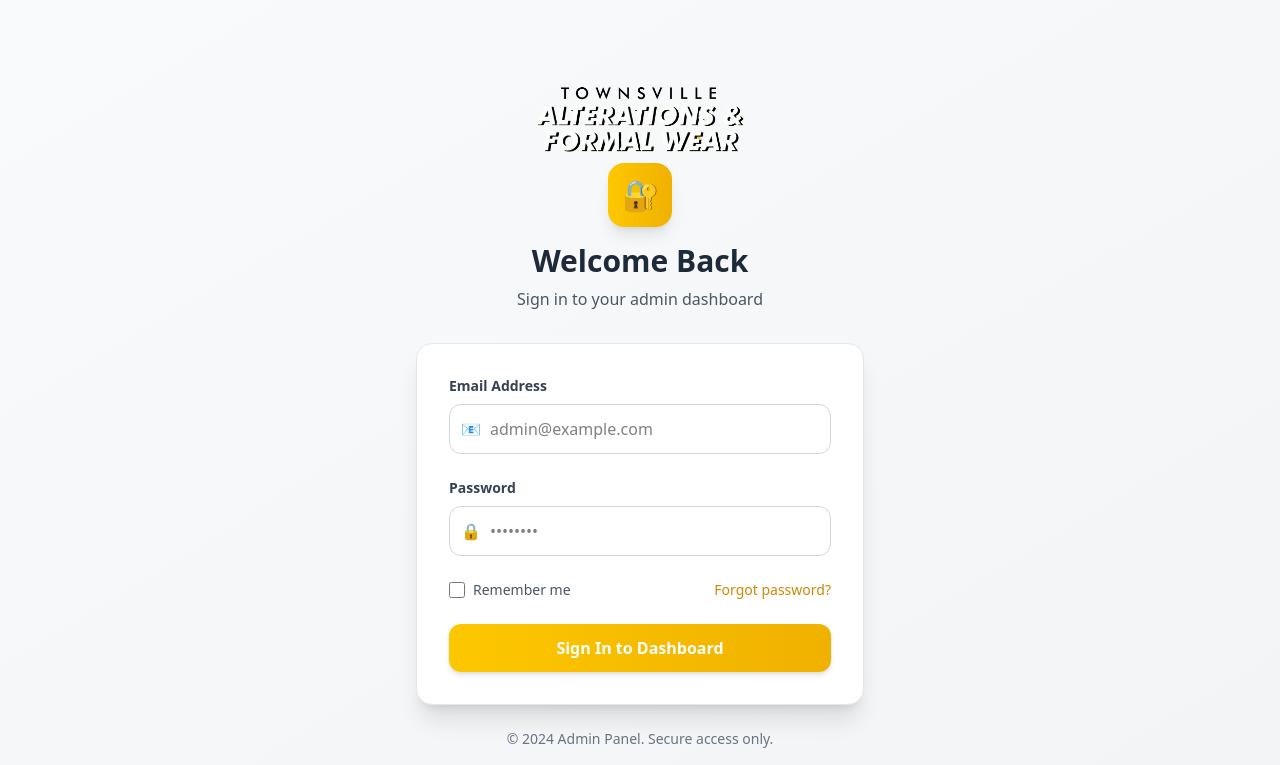
Repository: tarekhasan1/townsville-alteration
Page: /admin-dashboard
These files come from the project's save history. The page is drawn as it stood at one moment and after the next save; the edit follows.
The browser window is 1280 px wide. The pictures show the whole page.
The page's requests for data from a server got no answer. The project was rebuilt for these pictures with package versions that can differ from the ones it lists, and the page was loaded fresh each time. The framework's server and built-in components were replaced by stand-ins that run in the browser. No one was signed in, and anything a server would have sent is missing. Also part of the build but not shown: next.config.ts, src/components/Navbar.tsx, src/components/ContactSection.tsx, src/components/DevelopedBy.tsx, src/app/admin-dashboard/Sidebar.tsx, src/app/admin-dashboard/DashboardHeader.tsx, src/app/admin-dashboard/UploadSection.tsx, src/app/admin-dashboard/ImageGrid.tsx and 2 more.

Above is the page before, as saved 2026-01-21 05:08:38.

### src/app/layout.tsx
// app/layout.tsx
import type { Metadata } from "next";
import { Geist, Geist_Mono } from "next/font/google";
import "./globals.css";
import Navbar from "@/components/Navbar";
import ContactSection from "@/components/ContactSection";
import DevelopedBy from "@/components/DevelopedBy";
import { headers } from "next/headers";
import LayoutShell from "@/components/LayoutShell";

const geistSans = Geist({
  variable: "--font-geist-sans",
  subsets: ["latin"],
});

const geistMono = Geist_Mono({
  variable: "--font-geist-mono",
  subsets: ["latin"],
});

export const metadata: Metadata = {
  title: "Townsville Alterations and Formal Wear | Tailoring, Suit Hire, Alterations",
  description: "Townsville Alterations and Formal Wear - Reinvent Your Wardrobe. Hire or tailor-make outfits that turn heads. Expert suit hire, bridal alterations, and tailoring in Townsville.",
  keywords: "Townsville Tailoring, Formal Wear Townsville, Suit Hire, Alterations, Wedding Dress Alterations, Custom Tailoring",
  authors: [{ name: "Townsville Alterations & Formal Wear" }],
  creator: "Townsville Alterations & Formal Wear",
  publisher: "Townsville Alterations & Formal Wear",
  robots: "index, follow",
  icons: "/logo.png",
};

export default function RootLayout({ children }: { children: React.ReactNode }) {
  return (
    <html lang="en">
      <body>
        <LayoutShell>{children}</LayoutShell>
      </body>
    </html>
  );
}

### src/app/admin-dashboard/page.tsx
// app/admin/page.tsx
'use client';

import { useState, useEffect } from 'react';
import AdminLogin from './AdminLogin';
import AdminDashboard from './AdminDashboard';

export default function AdminPage() {
  const [isLoggedIn, setIsLoggedIn] = useState(false);
  const [loading, setLoading] = useState(true);

  useEffect(() => {
    const isAuth = localStorage.getItem('admin-authenticated');
    if (isAuth === 'true') {
      setIsLoggedIn(true);
    }
    setLoading(false);
  }, []);

  const handleLoginSuccess = () => {
    setIsLoggedIn(true);
    localStorage.setItem('admin-authenticated', 'true');
  };

  if (loading) {
    return (
      <div className="min-h-screen flex items-center justify-center bg-gradient-to-br from-gray-50 to-gray-100">
        <div className="text-center">
          <div className="animate-spin rounded-full h-12 w-12 border-b-2 border-yellow-500 mx-auto mb-4"></div>
          <p className="text-gray-600">Checking authentication...</p>
        </div>
      </div>
    );
  }

  if (!isLoggedIn) {
    return <AdminLogin onLoginSuccess={handleLoginSuccess} />;
  }

  return <AdminDashboard />;
}

### src/app/globals.css
@import "tailwindcss";

:root {
  --background: #ffffff;
  --foreground: #171717;
}

### src/components/LayoutShell.tsx
// components/LayoutShell.tsx
'use client';

import { usePathname } from 'next/navigation';
import Navbar from '@/components/Navbar';
import ContactSection from '@/components/ContactSection';
import DevelopedBy from '@/components/DevelopedBy';

export default function LayoutShell({ children }: { children: React.ReactNode }) {
  const pathname = usePathname();
  const isAdminRoute = pathname.startsWith('/admin');

  return (
    <>
      {!isAdminRoute && <Navbar />}
      {children}
      {!isAdminRoute && (
        <>
          <ContactSection />
          <DevelopedBy />
        </>
      )}
    </>
  );
}

### src/app/admin-dashboard/AdminLogin.tsx
// AdminLogin.tsx - Updated design
'use client';

import { useState, useEffect } from 'react';
import { authAdmin } from '../../../actions/admin.action';
import Image from 'next/image';

export default function AdminLogin({ onLoginSuccess }: { onLoginSuccess: () => void }) {
  const [email, setEmail] = useState('');
  const [password, setPassword] = useState('');
  const [loading, setLoading] = useState(false);
  const [rememberMe, setRememberMe] = useState(false);

  useEffect(() => {
    const savedEmail = localStorage.getItem('admin-email');
    const savedRemember = localStorage.getItem('admin-remember');
    if (savedEmail && savedRemember === 'true') {
      setEmail(savedEmail);
      setRememberMe(true);
    }
  }, []);

  const handleLogin = async () => {
    if (!email || !password) {
      alert('Please enter both email and password');
      return;
    }

    setLoading(true);
    try {
      const isAuthenticated = await authAdmin(email, password);

      if (isAuthenticated) {
        if (rememberMe) {
          localStorage.setItem('admin-email', email);
          localStorage.setItem('admin-remember', 'true');
        } else {
          localStorage.removeItem('admin-email');
          localStorage.removeItem('admin-remember');
        }
        onLoginSuccess();
      } else {
        alert('Invalid credentials');
      }
    } catch (error) {
      console.error('Login error:', error);
      alert('Login failed. Please try again.');
    } finally {
      setLoading(false);
    }
  };

  const handleKeyPress = (e: React.KeyboardEvent) => {
    if (e.key === 'Enter') {
      handleLogin();
    }
  };

  return (
    <div className="min-h-screen pt-[80px] flex items-center justify-center bg-gradient-to-br from-gray-50 to-gray-100 p-4">
      <div className="w-full max-w-md">
        <div className='flex flex-col items-center justify-center'>
                          <Image src="/logo.png" alt="Logo" width={220} height={80} className="mb-2" />
                      </div>
        <div className="text-center mb-8">
          <div className="inline-flex items-center justify-center w-16 h-16 rounded-2xl bg-gradient-to-r from-yellow-400 to-yellow-500 mb-4 shadow-lg">
            <span className="text-3xl">🔐</span>
          </div>
          <h1 className="text-3xl font-bold text-gray-800">Welcome Back</h1>
          <p className="text-gray-600 mt-2">Sign in to your admin dashboard</p>
        </div>

        <div className="bg-white rounded-2xl shadow-xl p-8 border border-gray-200">
          <div className="space-y-6">
            <div>
              <label className="block text-sm font-semibold text-gray-700 mb-2">
                Email Address
              </label>
              <div className="relative">
                <div className="absolute inset-y-0 left-0 pl-3 flex items-center pointer-events-none">
                  <span className="text-gray-400">📧</span>
                </div>
                <input
                  type="email"
                  placeholder="admin@example.com"
                  className="w-full pl-10 pr-4 py-3 border border-gray-300 rounded-xl focus:ring-2 focus:ring-yellow-400 focus:border-transparent transition outline-none"
                  value={email}
                  onChange={(e) => setEmail(e.target.value)}
                  onKeyPress={handleKeyPress}
                  disabled={loading}
                />
              </div>
            </div>

            <div>
              <label className="block text-sm font-semibold text-gray-700 mb-2">
                Password
              </label>
              <div className="relative">
                <div className="absolute inset-y-0 left-0 pl-3 flex items-center pointer-events-none">
                  <span className="text-gray-400">🔒</span>
                </div>
                <input
                  type="password"
                  placeholder="••••••••"
                  className="w-full pl-10 pr-4 py-3 border border-gray-300 rounded-xl focus:ring-2 focus:ring-yellow-400 focus:border-transparent transition outline-none"
                  value={password}
                  onChange={(e) => setPassword(e.target.value)}
                  onKeyPress={handleKeyPress}
                  disabled={loading}
                />
              </div>
            </div>

            <div className="flex items-center justify-between">
              <label className="flex items-center">
                <input
                  type="checkbox"
                  checked={rememberMe}
                  onChange={(e) => setRememberMe(e.target.checked)}
                  className="w-4 h-4 text-yellow-500 rounded focus:ring-yellow-400 border-gray-300"
                />
                <span className="ml-2 text-sm text-gray-600">Remember me</span>
              </label>
              <button className="text-sm text-yellow-600 hover:text-yellow-700 font-medium">
                Forgot password?
              </button>
            </div>

            <button
              onClick={handleLogin}
              disabled={loading}
              className="w-full bg-gradient-to-r from-yellow-400 to-yellow-500 text-white font-semibold py-3 px-4 rounded-xl hover:from-yellow-500 hover:to-yellow-600 transition-all duration-300 disabled:opacity-50 disabled:cursor-not-allowed shadow-md hover:shadow-lg transform hover:-translate-y-0.5"
            >
              {loading ? (
                <span className="flex items-center justify-center">
                  <svg className="animate-spin h-5 w-5 mr-3 text-white" xmlns="http://www.w3.org/2000/svg" fill="none" viewBox="0 0 24 24">
                    <circle className="opacity-25" cx="12" cy="12" r="10" stroke="currentColor" strokeWidth="4"></circle>
                    <path className="opacity-75" fill="currentColor" d="M4 12a8 8 0 018-8V0C5.373 0 0 5.373 0 12h4zm2 5.291A7.962 7.962 0 014 12H0c0 3.042 1.135 5.824 3 7.938l3-2.647z"></path>
                  </svg>
                  Signing in...
                </span>
              ) : (
                'Sign In to Dashboard'
              )}
            </button>
          </div>
        </div>

        <div className="mt-6 text-center">
          <p className="text-sm text-gray-500">
            © 2024 Admin Panel. Secure access only.
          </p>
        </div>
      </div>
    </div>
  );
}

### actions/admin.action.ts
// admin.action.ts
import {
  collection,
  getDocs,
  addDoc,
  deleteDoc,
  doc,
  Timestamp,
  query,
  orderBy,
} from "firebase/firestore";
import {
  getStorage,
  ref,
  uploadBytes,
  getDownloadURL,
  deleteObject,
} from "firebase/storage";
import { db } from "@/firebase/config";
import type { ImageData, CollectionType } from "../types/admin.types";

// Remove the duplicate type definitions and use imports
export type { ImageData, CollectionType };

// Authentication
export const authAdmin = async (email: string, password: string) => {
  try {
    const snapshot = await getDocs(collection(db, "admin"));
    const credentials = snapshot.docs.map((doc) => doc.data());

    const isMatch = credentials.some(
      (cred) => cred.email === email && cred.password === password
    );

    return isMatch;
  } catch (error) {
    console.error("Authentication error:", error);
    throw new Error("Authentication failed");
  }
};

// Fetch images from any collection
export const fetchImages = async (collectionName: CollectionType): Promise<ImageData[]> => {
  try {
    const q = query(
      collection(db, collectionName),
      orderBy("createdAt", "desc")
    );
    const snapshot = await getDocs(q);
    return snapshot.docs.map((doc) => ({
      id: doc.id,
      url: doc.data().url,
      createdAt: doc.data().createdAt,
      fileName: doc.data().fileName,
      fileSize: doc.data().fileSize,
      fileType: doc.data().fileType,
      storagePath: doc.data().storagePath,
    }));
  } catch (error) {
    console.error(`Error fetching ${collectionName}:`, error);
    throw error;
  }
};

// Upload image
export const uploadImage = async (
  file: File,
  targetCollection: CollectionType
): Promise<string> => {
  try {
    const storage = getStorage();
    const timestamp = Date.now();
    const fileName = `${timestamp}_${file.name.replace(/\s+/g, '_')}`;
    const filePath = `${targetCollection}/${fileName}`;
    const storageRef = ref(storage, filePath);

    // Upload to storage
    await uploadBytes(storageRef, file);
    const url = await getDownloadURL(storageRef);

    // Save to Firestore
    await addDoc(collection(db, targetCollection), {
      url,
      fileName: file.name,
      fileSize: file.size,
      fileType: file.type,
      createdAt: Timestamp.now(),
      storagePath: filePath,
    });

    return url;
  } catch (error) {
    console.error("Upload failed:", error);
    throw new Error("Failed to upload image");
  }
};

// Delete image
export const deleteImage = async (
  imageId: string,
  imageUrl: string,
  collectionName: CollectionType
): Promise<void> => {
  try {
    const storage = getStorage();

    // Extract file path from URL
    let filePath = "";
    try {
      filePath = decodeURIComponent(
        new URL(imageUrl).pathname.split("/o/")[1].split("?")[0]
      );
    } catch {
      // If URL parsing fails, try to get path from Firestore
      const imageDoc = await getDocs(query(
        collection(db, collectionName),
        orderBy("createdAt", "desc")
      ));
      const imageData = imageDoc.docs.find(doc => doc.id === imageId);
      filePath = imageData?.data()?.storagePath || "";
    }

    // Delete from storage if path exists
    if (filePath) {
      const fileRef = ref(storage, filePath);
      await deleteObject(fileRef);
    }

    // Delete from Firestore
    await deleteDoc(doc(db, collectionName, imageId));
  } catch (error) {
    console.error("Failed to delete:", error);
    throw new Error("Failed to delete image");
  }
};

// Fetch all collections at once
export const fetchAllImages = async () => {
  try {
    const [gallery, featured, suits, weddingGowns] = await Promise.all([
      fetchImages("gallery"),
      fetchImages("featured"),
      fetchImages("suits"),
      fetchImages("wedding-gowns"),
    ]);
    return { gallery, featured, suits, weddingGowns };
  } catch (error) {
    console.error("Error fetching all images:", error);
    throw error;
  }
};

// Validate file
export const validateFile = (file: File | null): string | null => {
  if (!file) return "No file selected";

  const validTypes = ["image/jpeg", "image/png", "image/webp", "image/gif"];
  if (!validTypes.includes(file.type)) {
    return "Only JPEG, PNG, WebP, and GIF formats are supported";
  }

  const maxSize = 5 * 1024 * 1024; // 5MB
  if (file.size > maxSize) {
    return "File size must be less than 5MB";
  }

  return null;
};

### src/firebase/config.ts
// Import the functions you need from the SDKs you need
import { initializeApp } from "firebase/app";
import { getFirestore } from 'firebase/firestore';
import { getStorage } from 'firebase/storage';
// TODO: Add SDKs for Firebase products that you want to use
// https://firebase.google.com/docs/web/setup#available-libraries

// Your web app's Firebase configuration
const firebaseConfig = {
  apiKey: process.env.NEXT_PUBLIC_FIREBASE_API_KEY,
  authDomain: process.env.NEXT_PUBLIC_FIREBASE_AUTH_DOMAIN,
  projectId: process.env.NEXT_PUBLIC_FIREBASE_PROJECT_ID,
  storageBucket: process.env.NEXT_PUBLIC_FIREBASE_STORAGE_BUCKET,
  messagingSenderId: process.env.NEXT_PUBLIC_FIREBASE_MESSAGING_SENDER_ID,
  appId: process.env.NEXT_PUBLIC_FIREBASE_APP_ID
};

// Initialize Firebase
const app = initializeApp(firebaseConfig);
export const db = getFirestore(app);
export const storage = getStorage(app);

After the next save:
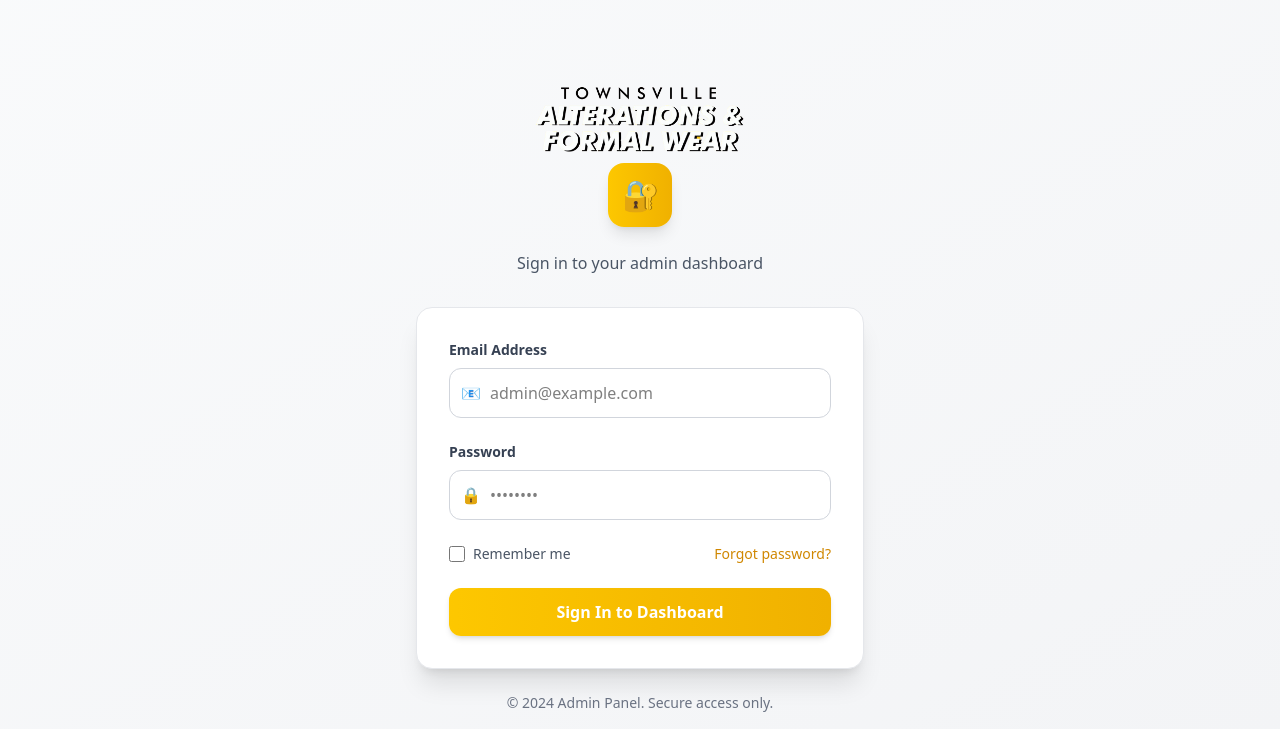
Saved 23 s later.
--- a/src/app/admin-dashboard/AdminLogin.tsx
+++ b/src/app/admin-dashboard/AdminLogin.tsx
@@ -66,7 +66,7 @@ export default function AdminLogin({ onLoginSuccess }: { onLoginSuccess: () => v
           <div className="inline-flex items-center justify-center w-16 h-16 rounded-2xl bg-gradient-to-r from-yellow-400 to-yellow-500 mb-4 shadow-lg">
             <span className="text-3xl">🔐</span>
           </div>
-          <h1 className="text-3xl font-bold text-gray-800">Welcome Back</h1>
+          {/* <h1 className="text-3xl font-bold text-gray-800">Welcome Back</h1> */}
           <p className="text-gray-600 mt-2">Sign in to your admin dashboard</p>
         </div>
 
